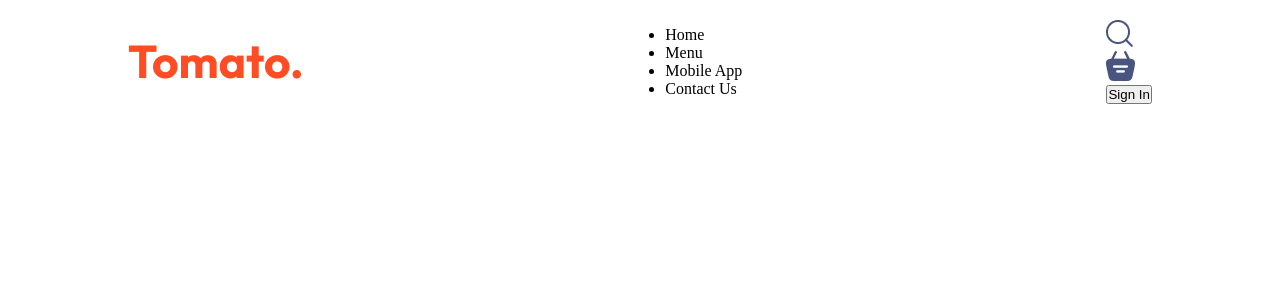
Repository: Attar786/Food-ordering-app
Page: / (app in frontend/)
The author's editor kept a copy of each file at every save. The page is drawn from the files as they stood at one save, then again after the next save.
The browser window is 1280 px wide. The pictures show the whole page.
The project was rebuilt for these pictures with package versions that can differ from the ones it lists, and the page was loaded fresh each time. Also part of the build but not shown: frontend/vite.config.js.

Above is the page before, as saved 2024-07-12 19:26:54.

After the next save:
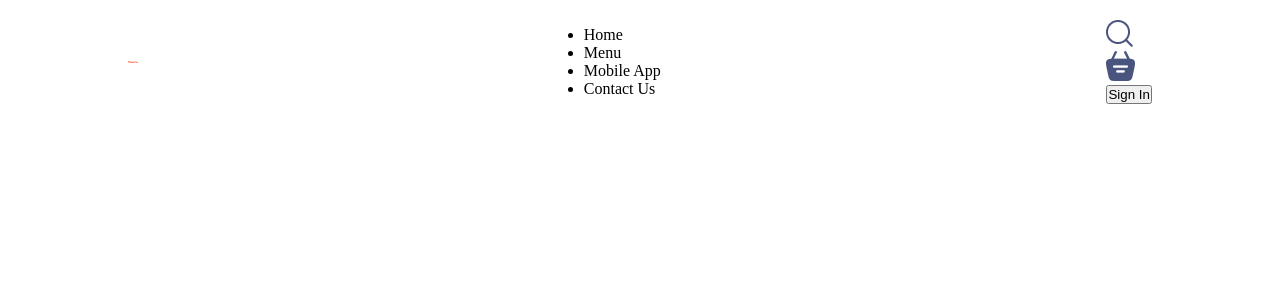
Saved 5 s later.
--- a/frontend/src/components/Navbar/Navbar.css
+++ b/frontend/src/components/Navbar/Navbar.css
@@ -4,6 +4,6 @@
     justify-content: space-between;
     align-items: center;
 }
-.navbar .logo{
+.logo{
     width: 10px;
 }
